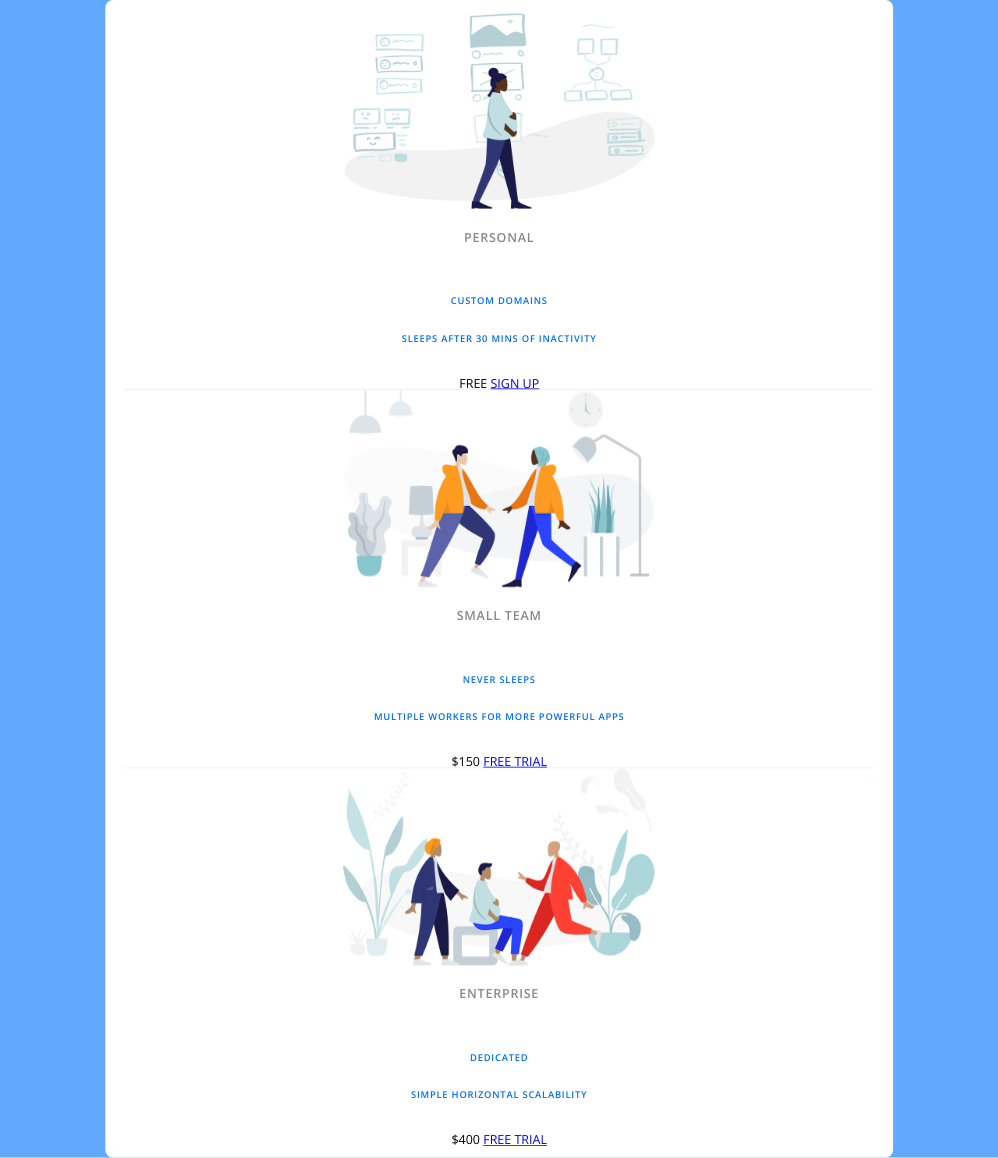
Repository: patrik-fredlund/pricing_panel_udemy
Page: PriceTableStarter/index.html
The author's editor kept a copy of each file at every save. The page is drawn from the files as they stood at one save, then again after the next save.
The browser window is 1280 px wide. The pictures show the whole page, at 78% of full size.

Above is the page before, as saved 2021-06-27 13:39:54.

After the next save:
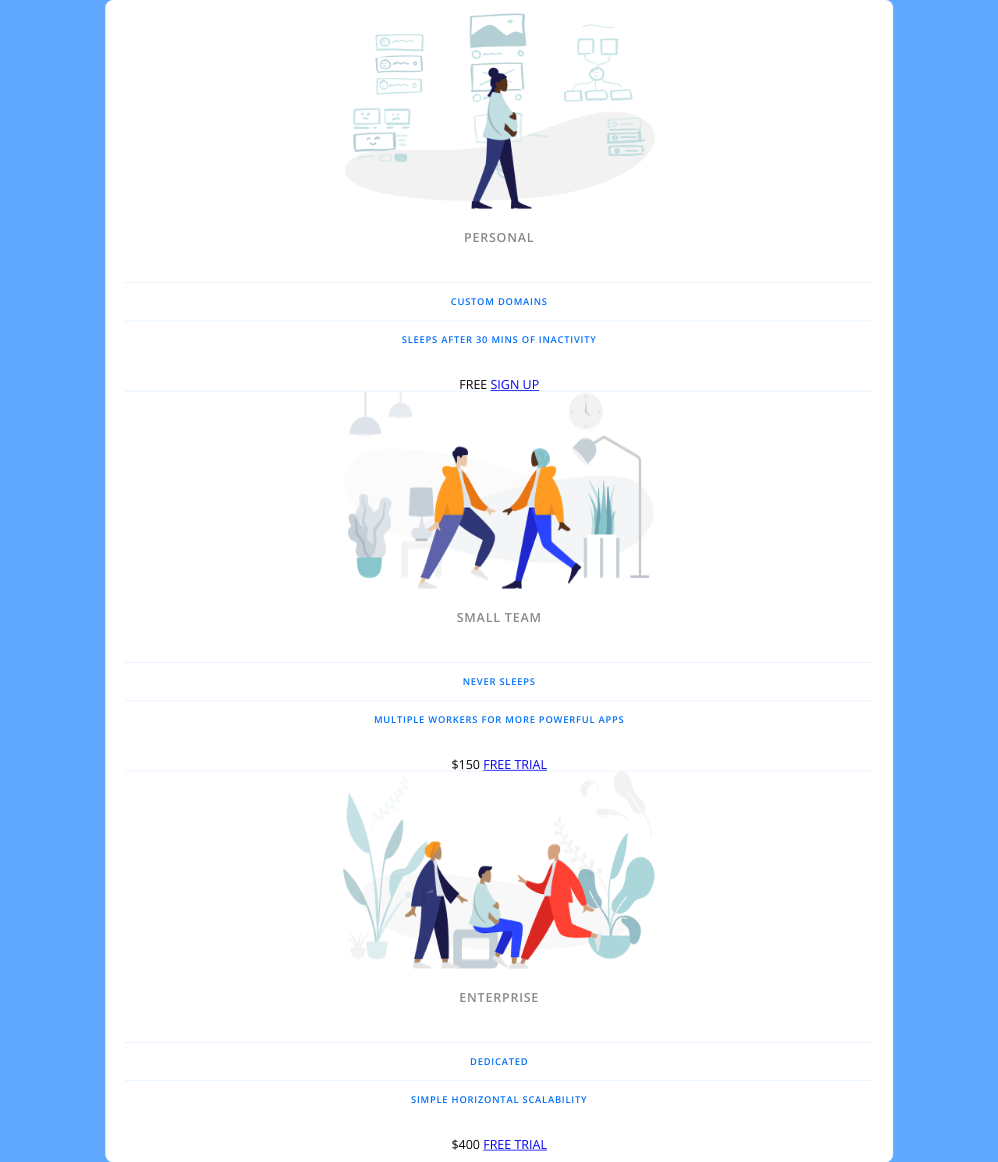
Saved 33 s later.
--- a/PriceTableStarter/app.css
+++ b/PriceTableStarter/app.css
@@ -108,4 +108,6 @@ body {
     font-size: 12px;
     line-height: 1.5;
     padding: 15px 0;
+    border-top: 1px solid #e1f1ff;;
+
     }
